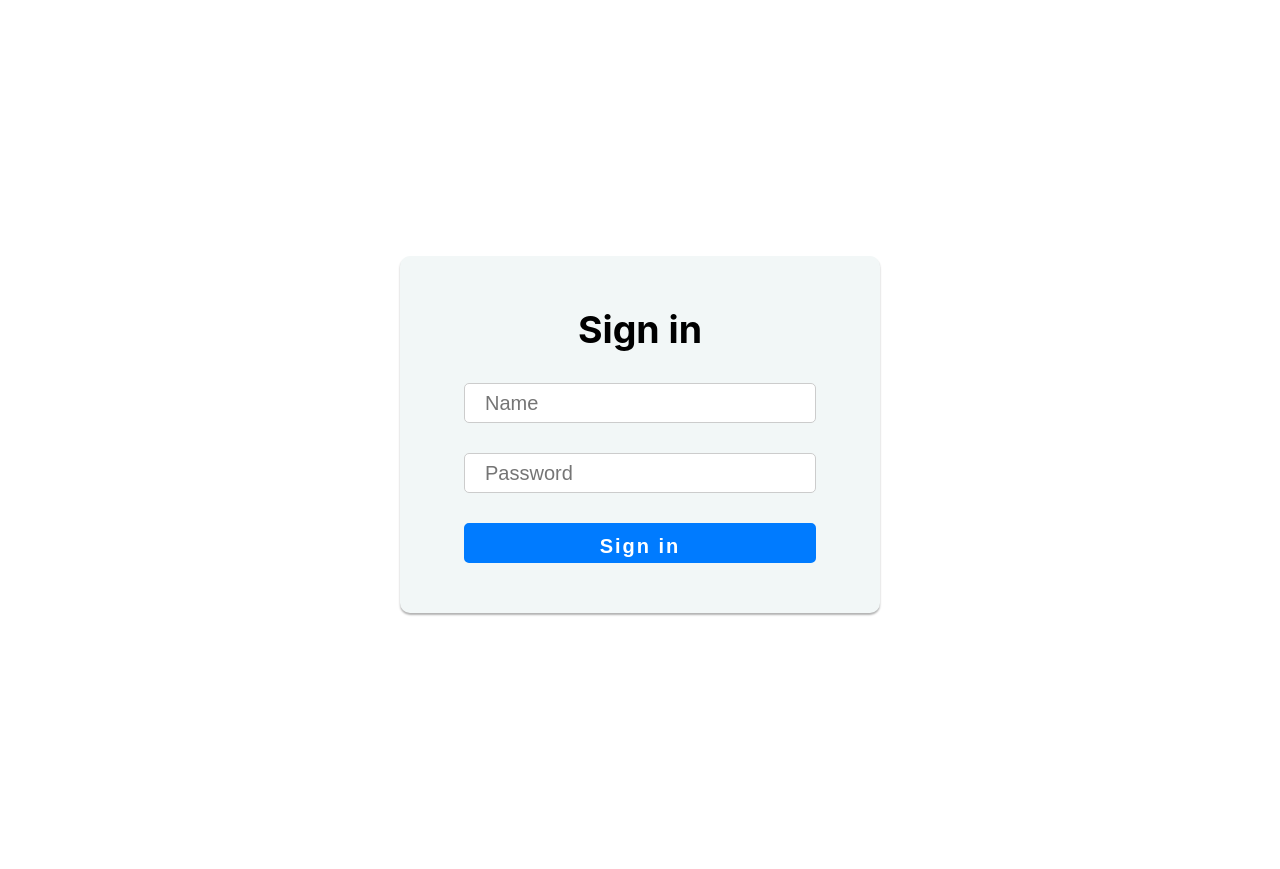
Repository: superHotBob/admin_nftillion
Page: /users
These files come from the project's save history. The page is drawn as it stood at one moment and after the next save; the edit follows.
The browser window is 1280 px wide. The pictures show the whole page.
The project was rebuilt for these pictures with package versions that can differ from the ones it lists, and the page was loaded fresh each time. Also part of the build but not shown: src/components/NavPanel/styles.scss, src/components/Collections/styles.scss, src/components/Collections/index.js.

Above is the page before, as saved 2022-04-23 16:08:53.

### src/index.js
import React from "react";
import ReactDOM from "react-dom/client";
import "./index.css";
import { BrowserRouter } from "react-router-dom";
import "./index.css";
import App from "./App";

import reportWebVitals from "./reportWebVitals";

const root = ReactDOM.createRoot(document.getElementById("root"));
root.render(
  <React.StrictMode>
    <BrowserRouter>
      <App />
    </BrowserRouter>
  </React.StrictMode>
);

// If you want to start measuring performance in your app, pass a function
// to log results (for example: reportWebVitals(console.log))
// or send to an analytics endpoint. Learn more: https://bit.ly/CRA-vitals
reportWebVitals();

### src/App.js
import * as React from "react";
import { Routes, Route } from "react-router-dom";
import { Home } from "./components/Home";
import { Users } from "./components/Users";
import './App.css';
import { Collections } from "./components/Collections";

function App() {
  return (
    <div className="App">
    <Routes>
        <Route path="/" element={<Home />} />
        <Route path="users" element={<Users />} />
        <Route path="collections" element={<Collections />} />
      </Routes>
    </div>
  );
}

export default App;

### src/components/Home/index.js
import * as React from "react";
import "./styles.scss";
import axios from "axios";
import { useNavigate } from "react-router-dom";

export const Home = () => {
  const [password, setPassword] = React.useState("");
  const [name, setName] = React.useState("");
  let navigate = useNavigate();

  function login(event) {
    event.preventDefault();
    axios
      .post(`https://jsonplaceholder.typicode.com/users`, {
        name: name,
        password: password,
      })
      .then((res) => {
        console.log(res.data);
        if (res.data.name === "bob") {
          localStorage.setItem("name", res.data.name);
          navigate("/users");
        } else {
          navigate("/");
        }
      });
  }
  return (
    <div className="mainblock">
      <h2>Sign in</h2>
      <form onSubmit={login}>
        <label>

          <input
            type="text"
            value={name}
            required
            onChange={(e) => setName(e.target.value)}
            placeholder="Name"
          />
        </label>
        <label>

          <input
            type="password"
            value={password}
            required
            onChange={(e) => setPassword(e.target.value)}
            placeholder="Password"
          />
        </label>
        <button type="submit">Sign in</button>
      </form>
    </div>
  );
};

### src/components/Users/index.js
import * as React from "react";
import axios from "axios";
import { useNavigate } from "react-router-dom";

import "./styles.scss";

import { NavPanel } from "../NavPanel";

export const Users = () => {
  let navigate = useNavigate();
  const name = localStorage.getItem("name");
  const [data, setData] = React.useState([]);
  const [view, setView] = React.useState(false);
  const [editUser, setEditUser] = React.useState('');

  const setViewOne =(a)=> {
      setView(true);
      setEditUser(a);
  }

  React.useEffect(() => {
    name
      ? axios.get(`https://jsonplaceholder.typicode.com/users`).then((res) => {
          console.log(res.data);
          setData(res.data);
        })
      : navigate("/");
  }, [name, navigate]);

  return (
    <>
      <NavPanel />
      <h1 className="header">List of users</h1>
      <div className="mainblockuser">
        <header>
          <span>wallet</span>
          <span>date reg.</span>
          <span>date last auth</span>
          <span>count collections</span>
          <span>count NFTs</span>
        </header>
        <section>
          {data.map((i) => (
            <p className="data" onClick={()=>setViewOne(i.name)}>
              <span>{i.id}</span>
              <span>{i.name}</span>
              <span>{i.username}</span>
              <span>{i.email}</span>
              <span>{i.phone}</span>
            </p>
          ))}
        </section>
        <div className={view ? "right_block_view" : "right_block_hide"}>
            <h3>Edit user</h3>
            {data.filter(i=>i.name === editUser).map((i) => (
            <p className="data_edit">
              <span>{i.id}</span>
              <span>{i.name}</span>
              <span>{i.username}</span>
              <span>{i.email}</span>
              <span>{i.phone}</span>
            </p>
          ))}
          <p className="block_button">
            <button onClick={() => setView(false)}>Cancel</button>
            <button>Submit</button>
          </p>
        </div>
      </div>
    </>
  );
};

### src/components/Home/styles.scss
$submit: #007bff;
$white: #007bff;
$color_1:$submit;
$color_2:#fff;
$transition: all 0.25s ease-in-out;
.mainblock {
    width: 440px;
    height: auto;
    padding: 20px;
    background-color: #f2f7f7;
    margin: 20vw auto;
    box-shadow: 0px 2px 2px rgb(0 0 0 / 30%);
    border-radius: 10px;
    font-size: 25px;
    input, button {
        font-size: 20px;
        padding: 10px 20px;
        display: block;
        width: 100%;
        border-radius: 5px;
        border: 1px solid #ccc;
        margin: 10px auto 20px;
        cursor: pointer;
        box-sizing: border-box;
        outline: none;
        height: 40px;
    }
    label, button {
        width: 80%;
        text-align: left;
        margin: 0 auto 30px;
        display: block;
    }
    button {
        text-align: center;
        font-weight: 600;
    }

    @mixin mybutton($color_1, $color_2) {
        border: 2px solid $color_1;

        letter-spacing: 2px;

          color: #fff;
        background-color: $color_2;
          transition: $transition;
          &:hover {
              background-color: $color_1;
              border-color: $color_1;
              opacity: 0.8;
              color: #fff;
          }
          &:active {
              background-color: $color_1;
              border-color: $color_1;
              color: #fff;
              box-shadow: none;
          }
          &:focus, &:active:focus {
              background-color: $color_1;
              border-color: $color_1;
              color: $color_2;
              outline: 5px auto $color_1;
          }
      }

    button {

            @include mybutton($submit, $white);

    }
}

### src/components/Users/styles.scss
.header {
    color: #000;
    padding: 20px 50px;
    margin: 0;
    border-bottom: 1px solid black;
    text-align: center;
    b {
        float: right;
        font-size: 16px;
        margin-top: 15px;
    }

}
header, .data {
     display: flex;
     justify-content: space-around;
     font-size: 20px;
     span {
         width: 15%;
         display: inline-block;
     }
}
header {
    border-bottom: 1px solid black;
    font-size: 25px;
    font-weight: 600;
    padding: 20px 0;
}
.right_block_view {
    position: fixed;
    top: 0;
    right: 0;
    width: 400px;
    height: 100vw;
    transition: all 0.5s;
    background-color: #fff;
    border-left: 1px solid #000;
}
.right_block_hide {
    position: fixed;
    top: 0;
    transition: all 0.5s;
    right: -400px;
    width: 400px;
    height: 100vw;
    background-color: #fff;
    border-left: 1px solid #000;
}
button {
    height: 40px;
    width: 45%;
    font-size: 20px;
    border-radius: 20px;
    cursor: pointer;
    font-weight: 600;
    color: #fff;
    border: none;

}
button:first-of-type {
    background-color: red;
}
button:last-of-type {
    background-color: #007bff;
}

.block_button {
    display: flex;
    justify-content: space-around;
}
.data_edit {
    span {
        display: block;
        font-size: 20px;
        margin: 20px;
    }
}

### src/components/NavPanel/index.js
import "./styles.scss";
import { NavLink } from "react-router-dom";
export const NavPanel = () => {
  return (
    <div className="mainNavBlock">
      <NavLink
        style={({ isActive }) => {
          return {
            display: "block",
            padding: 20,
            textDecoration: "none",
            width: "45%",
            backgroundColor: isActive ? "#c0c0c0" : "whitw",
            color: !isActive ? "#c0c0c0" : "white",
          };
        }}
        to="/users"
      >
        USERS
      </NavLink>
      <NavLink
        style={({ isActive }) => {
          return {
            display: "block",
            width: "45%",
            textDecoration: "none",
            padding: 20,
            backgroundColor: isActive ? "#c0c0c0" : "white",
            color: !isActive ? "#c0c0c0" : "white",
          };
        }}
        to="/collections"
      >
        COLLECTIONS
      </NavLink>
      <NavLink
        to="/"
        style={{
          display: "block",
          width: "10%",
          textDecoration: "none",
          padding: 20,
          color: '#000',
          borderLeft: '1px solid #ddd'
        }}
      >
        sign out
      </NavLink>
    </div>
  );
};

Loaded but not shown: public/index.html (common file); src/index.css (common file); src/reportWebVitals.js (common file); src/App.css (common file)

After the next save:
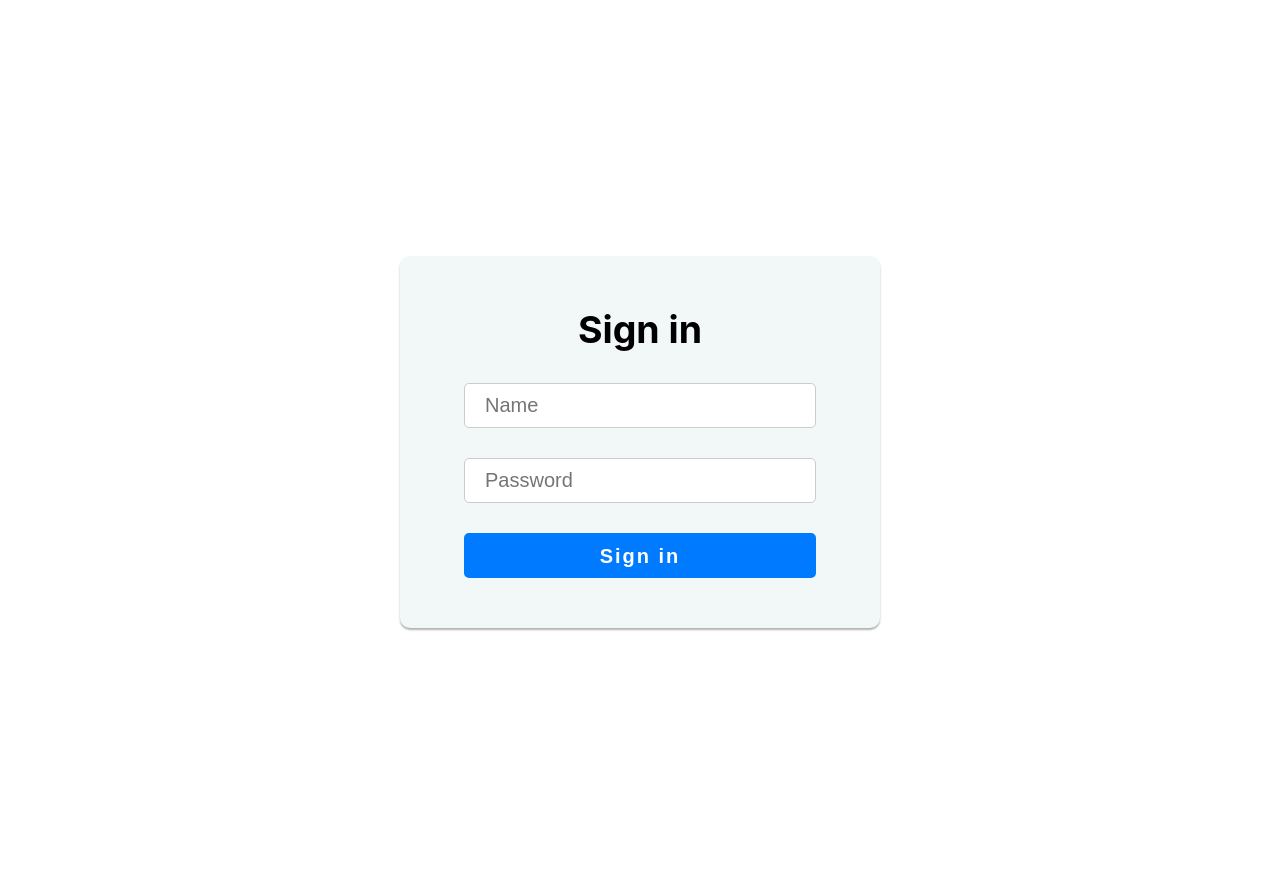
Saved 10 s later.
--- a/src/components/Home/styles.scss
+++ b/src/components/Home/styles.scss
@@ -23,7 +23,7 @@ $transition: all 0.25s ease-in-out;
         cursor: pointer;
         box-sizing: border-box;
         outline: none;
-        height: 40px;
+        height: 45px;
     }
     label, button {
         width: 80%;
